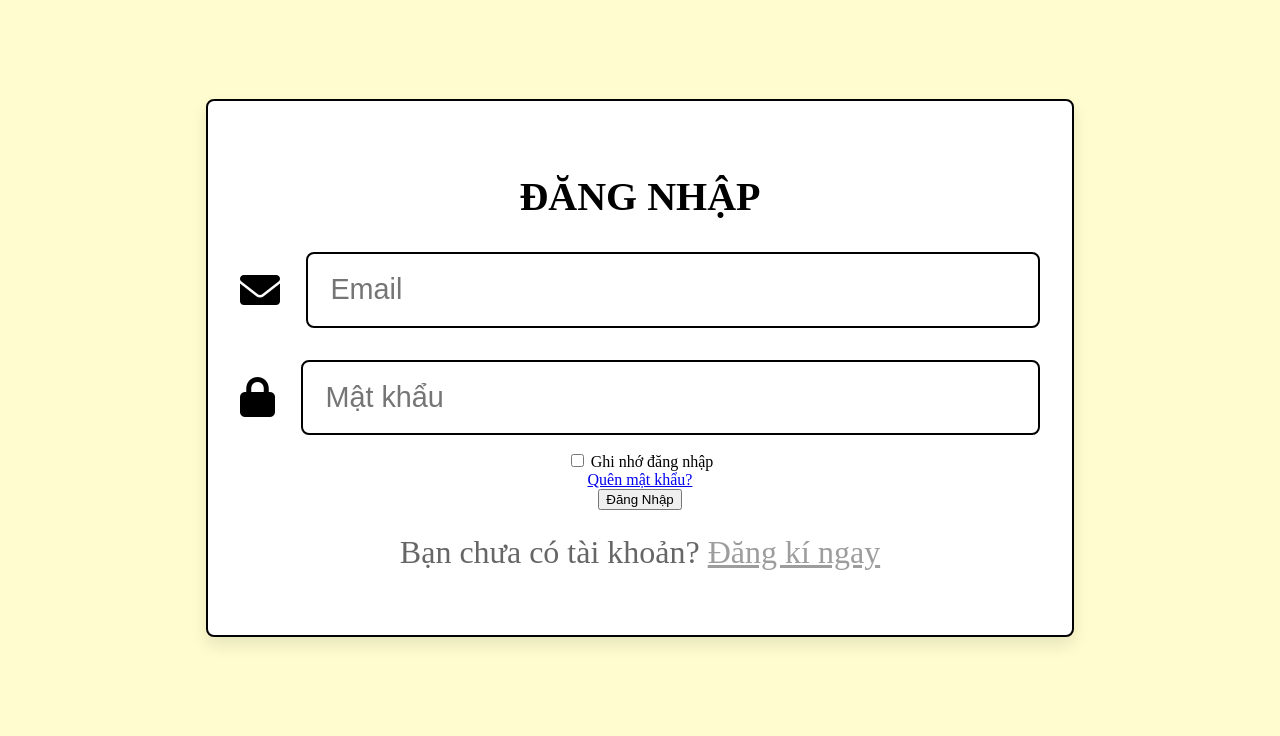
Repository: Dien973/expense_manager
Page: http://localhost/expense_manager/user_page/login.php
An editor plug-in stored every save of this project. The page is shown before and after the next save, followed by the edit.
The browser window is 1280 px wide. The pictures show the whole page.
The page is run by PHP 8.4 with error messages shown; the project is at /var/www/html/. user_page/conn.php is not in the repository; a stand-in opens the database connection.

Above is the page before, as saved 2025-12-05 13:53:43.

After the next save:
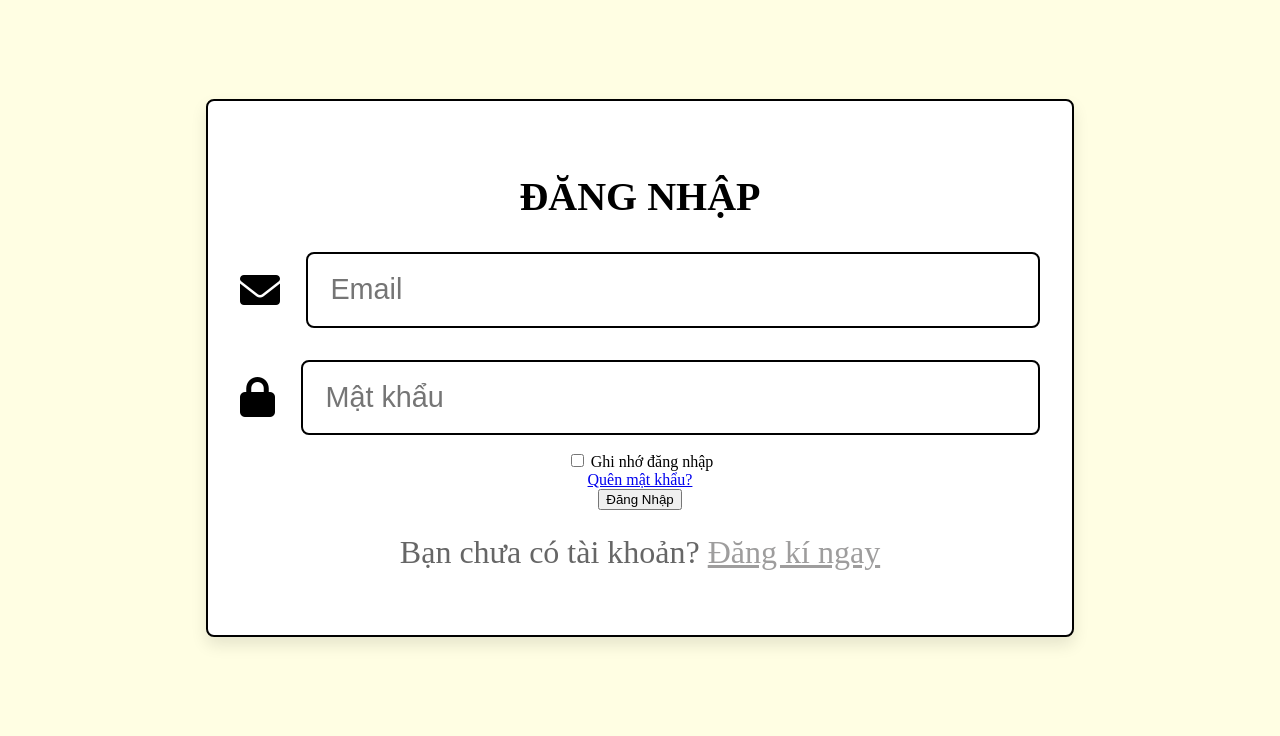
Saved 18 s later.
--- a/css/main.css
+++ b/css/main.css
@@ -1,5 +1,5 @@
 body {
-  background-color: rgb(255, 253, 207);
+  background-color: rgb(255, 254, 227);
 }
 /*----------FORM ĐĂNG NHẬP------------*/
 .form-container {
